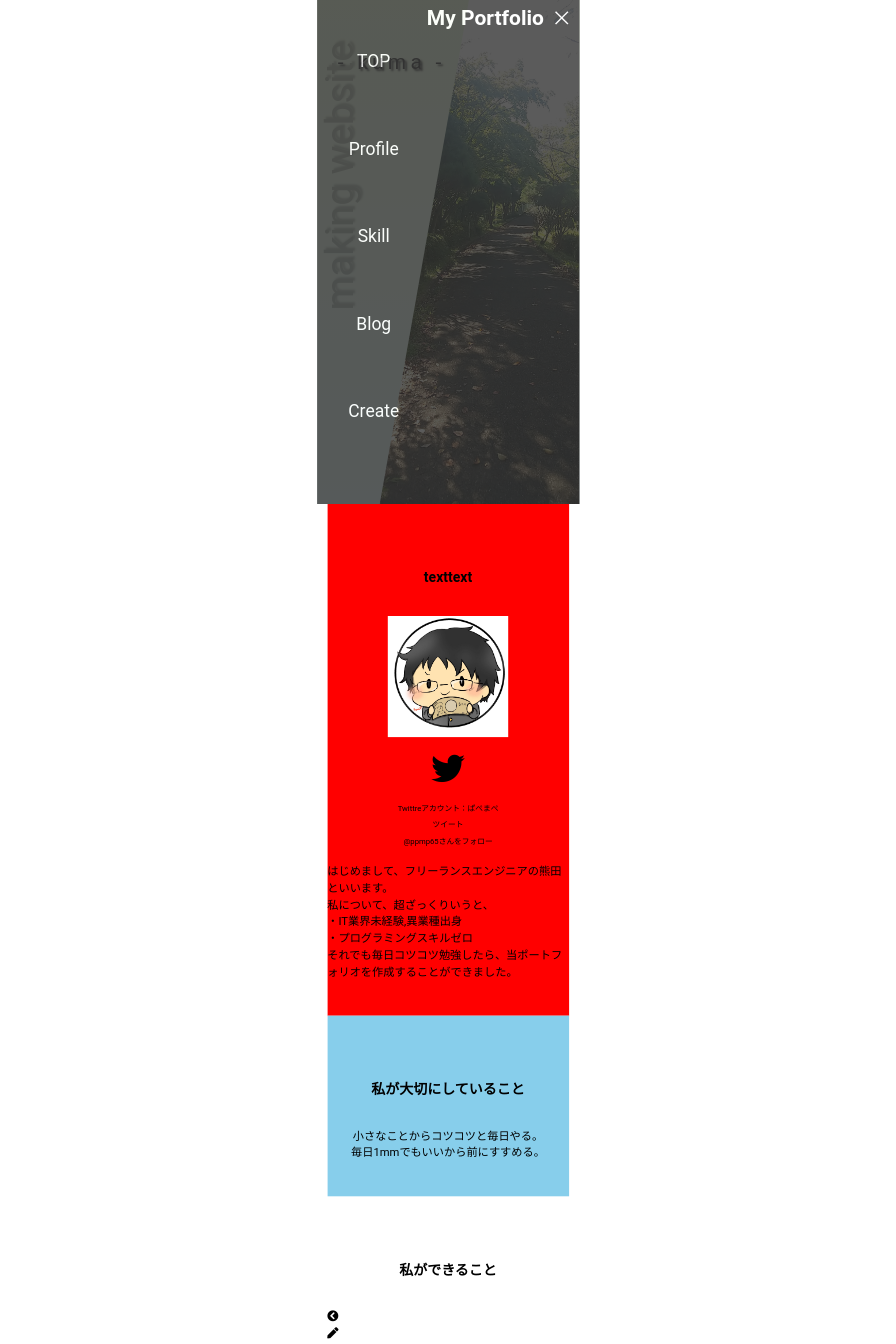
Repository: ppmp556/portfolio6
Page: index copy.html
An editor plug-in stored every save of this project. The page is shown before and after a run of saves, followed by the edit.
The browser window is 1280 px wide. The pictures show the part of the page from y = 0 to 1920 px (the page is 3189 px tall), at 70% of full size.
After loading, the first visible `#nav_toggle` was clicked once.
Some web libraries are served in a nearby version. The style sheet was rebuilt from its Sass, Less or Tailwind sources for each picture, by a compiler version that may differ from the author's.

Above is the page before, as saved 2020-10-13 17:38:00.
Console error: TypeError: Cannot read properties of null (reading 'addEventListener')

After the next 2 saves:
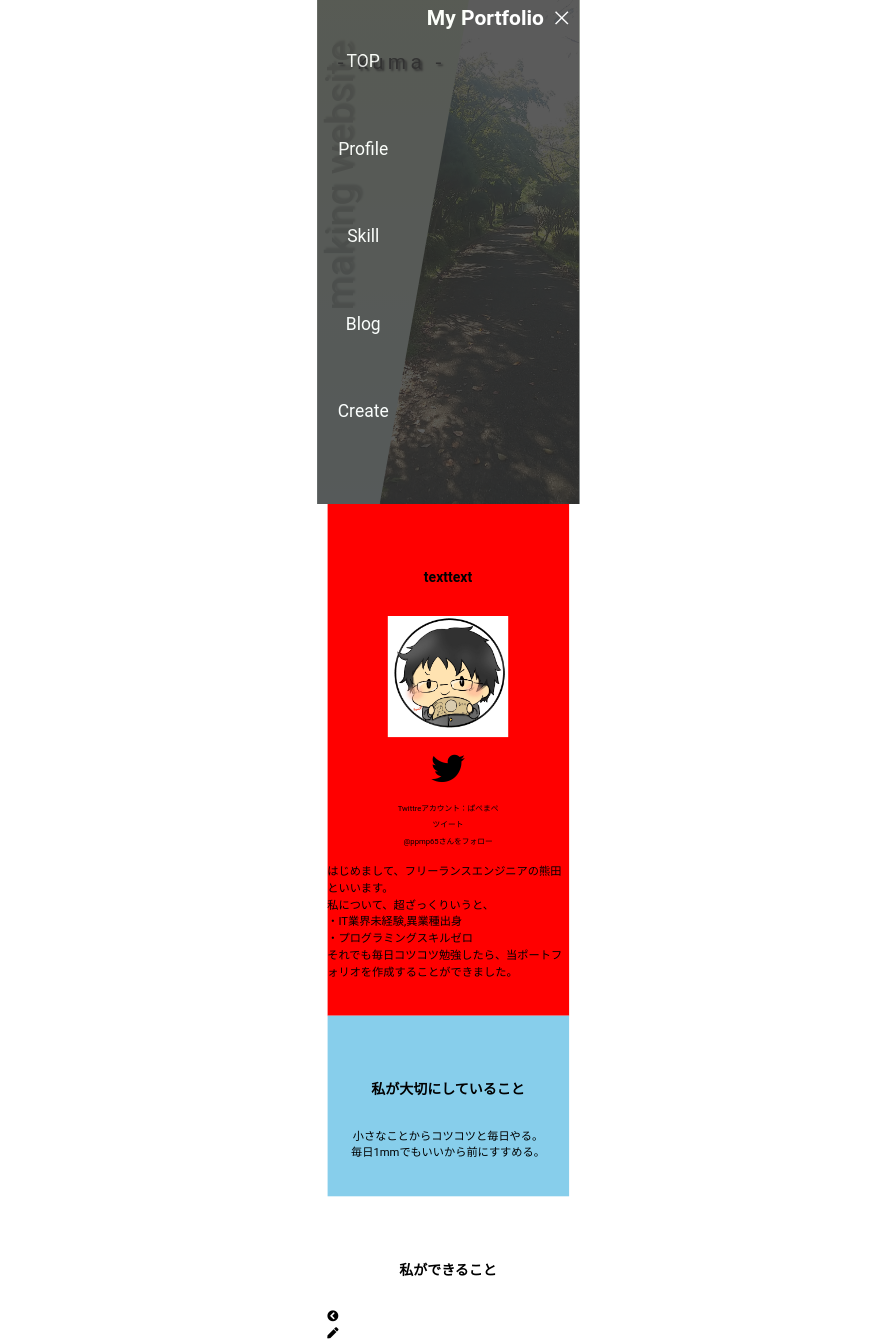
The 2 saves are shown as one change because 1 did not build or start.
The last was saved 24 s later.
--- a/css/main.scss
+++ b/css/main.scss
@@ -437,7 +437,7 @@ nav
         margin-top: 50px;
         font-size: 2.5rem;
         line-height: 3;
-        margin: 50px;
+        padding-right: 30px;
     }
 
     &_link {
